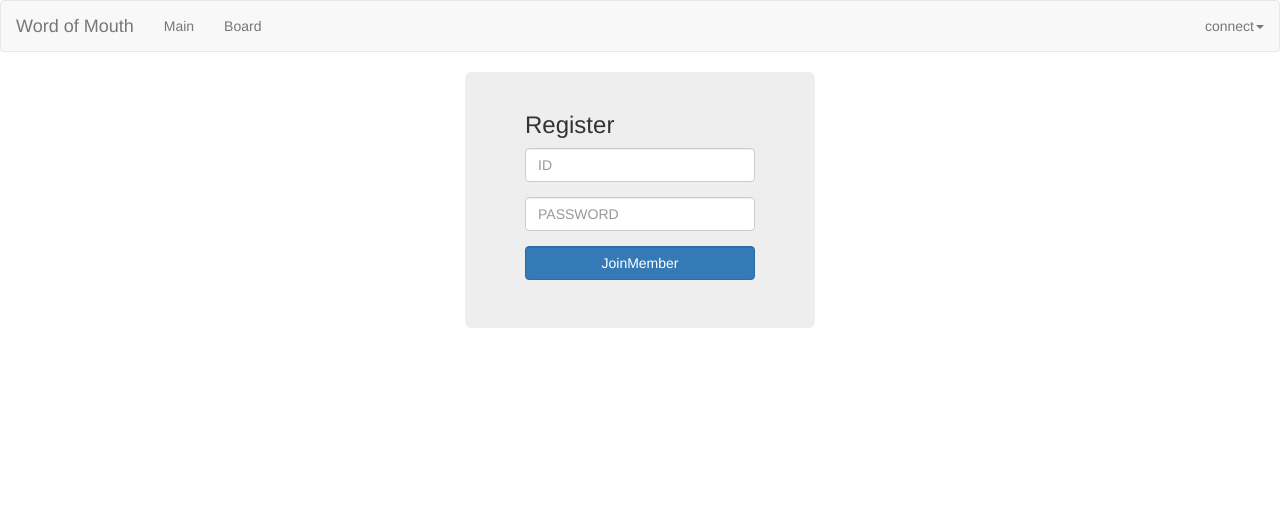
Repository: hotei09/WordofMouth
Page: http://localhost/BBS/join.jsp
The author's editor kept a copy of each file at every save. The page is drawn from the files as they stood at one save, then again after the next save.
The browser window is 1280 px wide. The pictures show the whole page.
The page is served by Tomcat 9. Other server files are loaded and not shown.

Above is the page before, as saved 2018-08-01 05:30:50.

### BBS/WebContent/join.jsp
<%@ page language="java" contentType="text/html; charset=UTF-8"
    pageEncoding="UTF-8"%>
<!DOCTYPE html>
<html>
<head>
<meta http-equiv="content-Type" content="text/html; charset=UTF-8">
<meta name = "viewport" content = "width=device-width,initial-scale=1">
<link rel="stylesheet" href="css/bootstrap.css">
<title>Word of Mouth</title>
</head>
<body>
<nav class="navbar navbar-default">
	<div class="navbar-header">
		<button type="button" class="navbar-toggle collapsed" data-toggle="collapse"
		data-target="#bs-example-navbar-collapse-1" aria-expanded="false" >
		<span class="icon-bar"></span>
		<span class="icon-bar"></span>
		<span class="icon-bar"></span>
		</button>
		<a class="navbar-brand" href="main.jsp"> Word of Mouth </a>
	</div>
	<div class="collapse navbar-collapse" id="bs-example-navbar-collapse-1">
	<ul class="nav navbar-nav">
	<li><a href="main.jsp">Main</a></li>
	<li><a href="bbs.jsp">Board</a></li>
	</ul>
	<ul class="nav navbar-nav navbar-right">
	<li class="dropdown">
		<a href="#" class="dropdown-toggle" data-toggle="dropdown" role="button"
		aria-haspopup="true" aria-expended="false">connect<span class="caret"></span></a>
		<ul class="dropdown-menu">
		<li class="active"><a href="login.jsp">Login</a></li>
		<li ><a href="join.jsp">join</a></li>
		</ul>
		</li>
		</ul>
		</div>
		</nav>
<div class="container">
<div class="col-lg-4"></div>
<div class="col-lg-4">
	<div class="jumbotron" style="padding-top: 20px;">
		<form method="post" action="loginAction.jsp">
			<h3 style="text.align: center;">Register</h3>
			<div class ="form-group">
				<input type="text" class="form-control" placeholder="ID" name="userID" maxlength="20">
			</div>
			<div class ="form-group">
				<input type="password" class="form-control" placeholder="PASSWORD" name="userPassword" maxlength="20">
			</div>
			<input type="submit" class="btn btn-primary form-control" value="JoinMember">
		</form>
	</div>
</div>
<div class="col-lg-4"></div>
</div>
<script src="https://ajax.googleapis.com/ajax/libs/jquery/1.12.4/jquery.min.js"></script>﻿
<script src="js/bootstrap.js"></script>
</body>
</html>

Loaded but not shown: BBS/WebContent/css/bootstrap.css (library); BBS/WebContent/js/bootstrap.js (library)

After the next save:
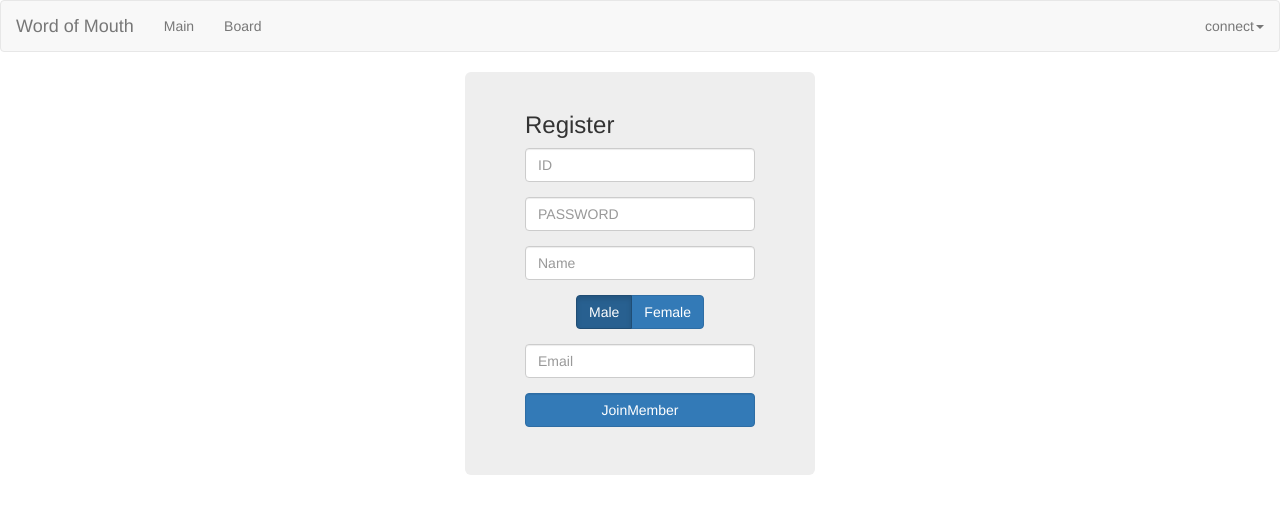
Saved 11 min 59 s later.
--- a/BBS/WebContent/join.jsp
+++ b/BBS/WebContent/join.jsp
@@ -40,13 +40,29 @@
 <div class="col-lg-4"></div>
 <div class="col-lg-4">
 	<div class="jumbotron" style="padding-top: 20px;">
-		<form method="post" action="loginAction.jsp">
+		<form method="post" action="joinAction.jsp">
 			<h3 style="text.align: center;">Register</h3>
 			<div class ="form-group">
 				<input type="text" class="form-control" placeholder="ID" name="userID" maxlength="20">
 			</div>
 			<div class ="form-group">
 				<input type="password" class="form-control" placeholder="PASSWORD" name="userPassword" maxlength="20">
+			</div>
+			<div class ="form-group">
+				<input type="text" class="form-control" placeholder="Name" name="userName" maxlength="20">
+			</div>
+			<div class ="form-group" style="text-align: center;">
+				<div class="btn-group" data-toggle="buttons">
+					<label class="btn btn-primary active">
+						<input type="radio" name="userGender" autocomplete="off" value="Male" checked>Male
+					</label>
+					<label class="btn btn-primary">
+						<input type="radio" name="userGender" autocomplete="off" value="Female" checked>Female
+					</label>
+			</div>
+			</div>
+			<div class ="form-group">
+				<input type="email" class="form-control" placeholder="Email" name="userEmail" maxlength="20">
 			</div>
 			<input type="submit" class="btn btn-primary form-control" value="JoinMember">
 		</form>
